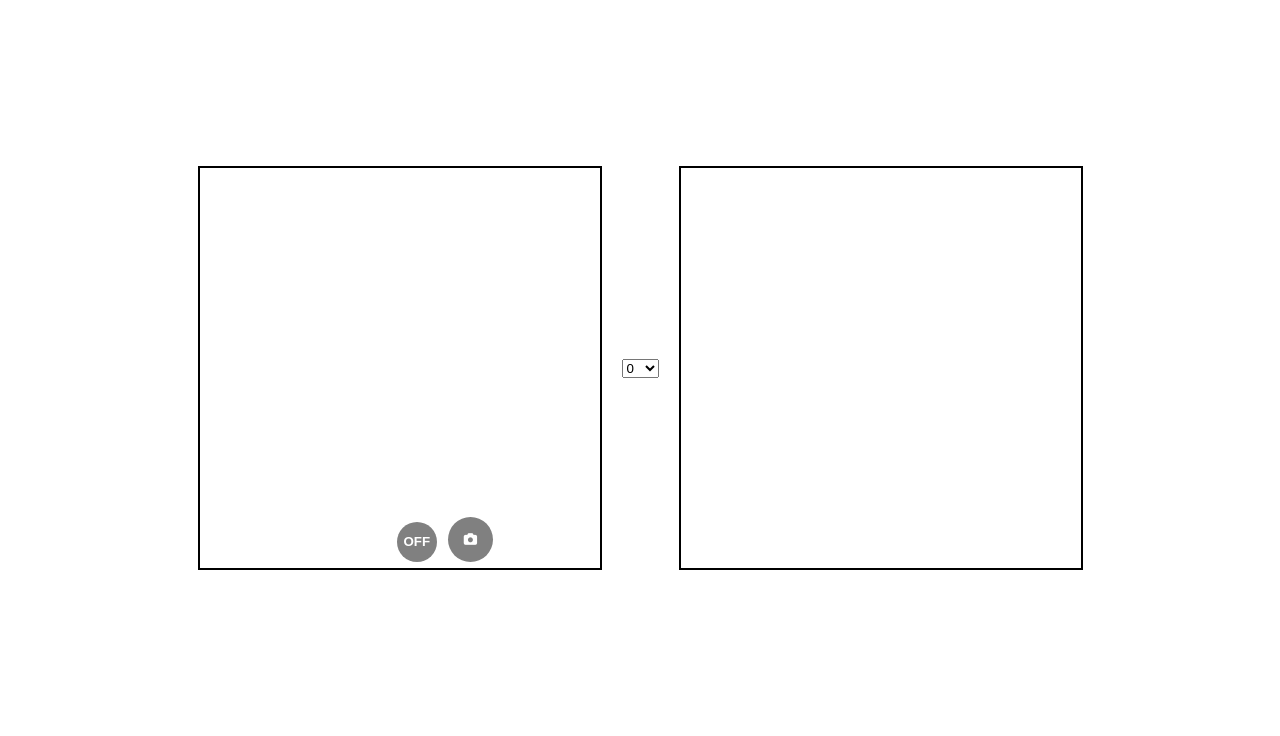
Repository: dmpelaez/photoBoothy
Page: Photobooth.html
An editor plug-in stored every save of this project. The page is shown before and after the next save, followed by the edit.
The browser window is 1280 px wide. The pictures show the whole page.
Some web libraries are served in a nearby version.

Above is the page before, as saved 2025-12-16 23:05:51.

### Photobooth.html
<!DOCTYPE html>

  <html>

    <head>

      <title>Photobooth</title>
      <!--CSS link-->
      <link rel="stylesheet" href="https://cdnjs.cloudflare.com/ajax/libs/font-awesome/7.0.1/css/all.min.css">
      <link rel="stylesheet" href="Photobooth.css">
    </head>
    <body>
      <div class="timer"></div>
      <video autoplay id="video"></video>
      <button id="photo-btn" ><i class="fa-solid fa-camera"></i></button>
      <button id="btn-toggle">OFF</button>
      <select class="select" value="">
        <option value="0">0</option>
        <option  value="3">3</option>
        <option  value="5">5</option>
        <option value="7">7</option>
        <option  value="10">10</option>
      </select>
      <canvas id="canvas-image"></canvas>
      <script src="Photobooth.js"></script>
    </body>

  </html>

### Photobooth.css
body {
  display: Flex;
  align-items: center;
  justify-content: center;
  HEIGHT: 100VH;
  flex-direction: row;
  gap: 20px;
}
#video,
#canvas-image {
  border: 2px solid black;
  height: 400px;
  width: 400px;
}
#btn-toggle {
  position: absolute;
  left: 31%;
  bottom: 22%;
  background: gray;
  border: none;
  border-radius: 50%;
  height: 40px;
  width: 40px;
  color: white;
  font-weight: bold;
  font-family: arial;
  cursor: pointer;
}
#photo-btn {
  position: absolute;
  left: 35%;
  bottom: 22%;
  border-radius: 50%;
  height: 45px;
  width: 45px;
  border: none;
  background: gray;
  cursor: pointer;
}
#photo-btn i {
  color: white;
}
.timer {
display: none;

}

.timerPhoto {
  background: black;
  height: 50px;
  width: 50px;
  color: white;
  display: flex;
  align-items: center;
  justify-content: center;
   position: absolute;
  left: 35%;
  bottom: 69.5%;
}

### Photobooth.js
//To make the video appear in html
//I use <video></video> html element
const video = document.getElementById('video');
//canvas element is where the photos will appear
const canvas = document.getElementById('canvas-image');
const btn = document.getElementById('photo-btn');
//I set the canvas into 2d to get the copy
//of the photo taken
const context = canvas.getContext('2d');


//I use navigator.mediDevices.getUsermedia
//to get access on the camera by allowing the
//video and use it to assigned as value of
//video element

///-----------------------------------------------------------------///
//Default value false
let isVideo = false;


//This is a btn for on and off to the camera
document.getElementById('btn-toggle')
.addEventListener('click', () => {

  //Condition where it looks for the opposite
  //value of isVideo by using NOT operator
  //which will result to having a value of TRUE
  if (!isVideo) {
  //once it becomes true
  //navigator.mediaDevices.getUserMedia will activate
  //and the access to video will open
  navigator.mediaDevices.getUserMedia({video: true})
  .then((stream) => {
  //access to camera
  video.srcObject = stream;
  //btn ON
   document.getElementById('btn-toggle').innerHTML = 'ON';
   //Value was change to true
   //so once the btn is click again
   //the else if is the one that will be open
     isVideo = true;

  });
} else if (isVideo) {
  //access to camera again
 navigator.mediaDevices.getUserMedia({video: true})
  .then((stream) => {
    //To stop the camera access
    stream.getTracks().forEach(track => track.stop());
    //To stop the webcam light we need to track all
    //the access video.srcObject have
    for (const track of video.srcObject.getTracks()) {
      track.stop();
    }
    //no value
    stream = null;
    //no value
   video.srcObject = null;
   //Display btn as OFF
   document.getElementById('btn-toggle').innerHTML = 'OFF';
   //Value is changed to false
   isVideo = false;

  })

}
console.log(isVideo);
});

///------------------------------------------------------------///
//capturePhoto is a function where
// the canvas width and height have the
// values of videos'
//and context.drawImage capture everything
//and replicate the videos into photo
//and before that we change its value
//to the canvas.getContext('2d')
function capturePhoto() {
  //the value canvas width and height
  // is the same as the video width and height;
  canvas.width = video.videoWidth;
  canvas.height = video.videoHeight;

  //
  context.drawImage(video, 0, 0, canvas.width, canvas.height);
}

///------------------------------------------------------------------------///
//btn for camera to capture
btn.addEventListener('click', () => {
//Finally after minutes of thinking how
//to activate the timer if the camera is open

//This will only activate if the isVideo value
// is true but its default value stop it from triggering
//the settimer() because it didn't meet the condition
if (isVideo === true) {
settimer();

}
})

document.body.addEventListener('keydown', (event) => {
  if (event.code === 'Space') {
    if (isVideo === true) {
      settimer();
  }
 }
})

///-----------------------------------------------------------------////








//Timer default setTime
let timer = 0;
//Time interval default value;
let timeInterval = null;
//Get the class selector of select element
const setTime = document.querySelector('.select');
//Use it to get the value from options
//using the eventlistener
//and reassinged the value of timer
//based on the selected value
setTime.addEventListener('change', () => {
  timer = Number(setTime.value);
})

//This is timer function
// where after five seconds
//it will capture a picture
function settimer() {
  //ClearInterval to clear the previous time
  clearInterval(timeInterval);

 //variable timeChange is assign to the value of timer
 let timeChange = timer;
  const timer2 =  document.querySelector('.timer');
  //Use if condition to trigger the funtions inside
  if (timeChange > 0) {
    console.log(timeChange);

    //timeInterval value is reassigned to setInterval
    timeInterval = setInterval(() => {
      //where the class for display of timer is added
      timer2.classList.add("timerPhoto");
      //and display it to see
       document.querySelector('.timer').innerHTML = timeChange;
       //Use if statement
       //where if the timer is equal to 0
       //it will clear the timeInterval which is this
       //part of the function to reset the timer
       //and remove the display
       //and also capture the image
       if (timeChange === 0) {
        clearInterval(timeInterval);
        capturePhoto();

        timer2.classList.remove("timerPhoto");
       }
       //Time is dropping only until it
       //reaches 0 because the if statement condition
       // remove all this part after reaching the time 0

       timeChange --;

    }, 1000);


  } else  {
    //Optional but to make sure
    //the photo is captured
    capturePhoto();

  }
}

After the next save:
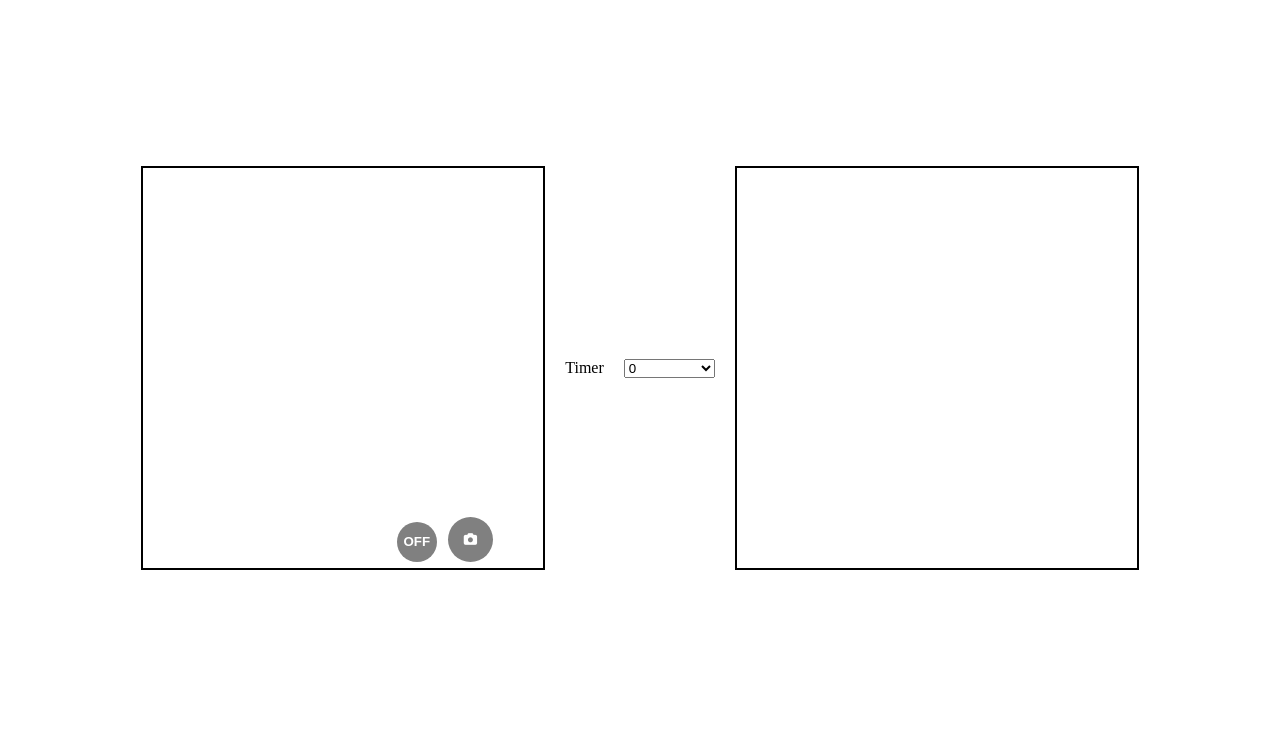
Saved 63 s later.
--- a/Photobooth.html
+++ b/Photobooth.html
@@ -14,12 +14,13 @@
       <video autoplay id="video"></video>
       <button id="photo-btn" ><i class="fa-solid fa-camera"></i></button>
       <button id="btn-toggle">OFF</button>
+      <p class="timerchoose">Timer</p>
       <select class="select" value="">
         <option value="0">0</option>
-        <option  value="3">3</option>
-        <option  value="5">5</option>
-        <option value="7">7</option>
-        <option  value="10">10</option>
+        <option  value="3">3 seconds</option>
+        <option  value="5">5 seconds</option>
+        <option value="7">7 seconds</option>
+        <option  value="10">10 seconds</option>
       </select>
       <canvas id="canvas-image"></canvas>
       <script src="Photobooth.js"></script>
